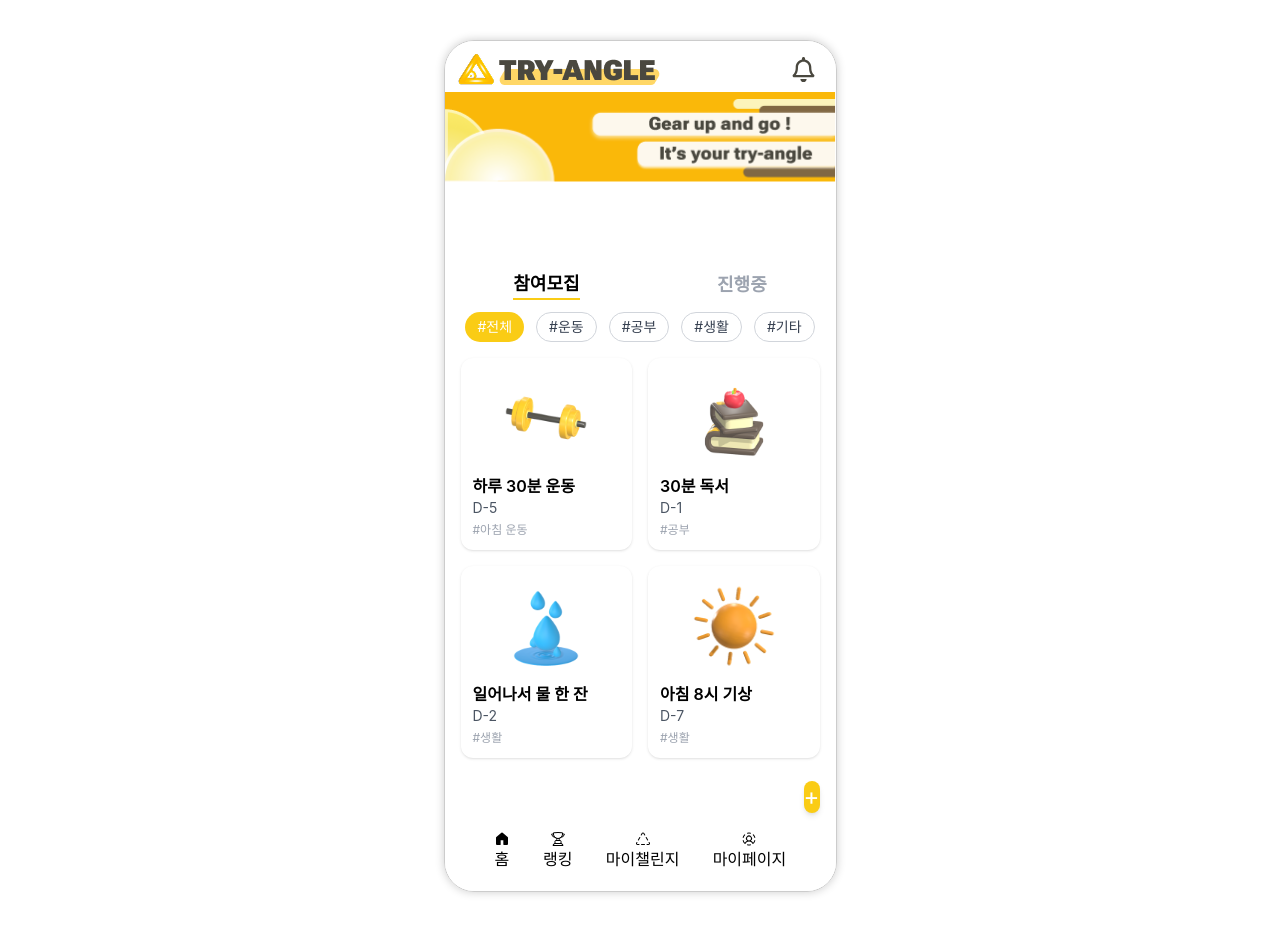
Repository: gusdk19/TryAngle-FE
Page: /
The author's editor kept a copy of each file at every save. The page is drawn from the files as they stood at one save, then again after the next save.
The browser window is 1280 px wide. The pictures show the whole page.
The project was rebuilt for these pictures with package versions that can differ from the ones it lists, and the page was loaded fresh each time. Also part of the build but not shown: src/App.css.

Above is the page before, as saved 2025-04-30 23:05:33.

After the next save:
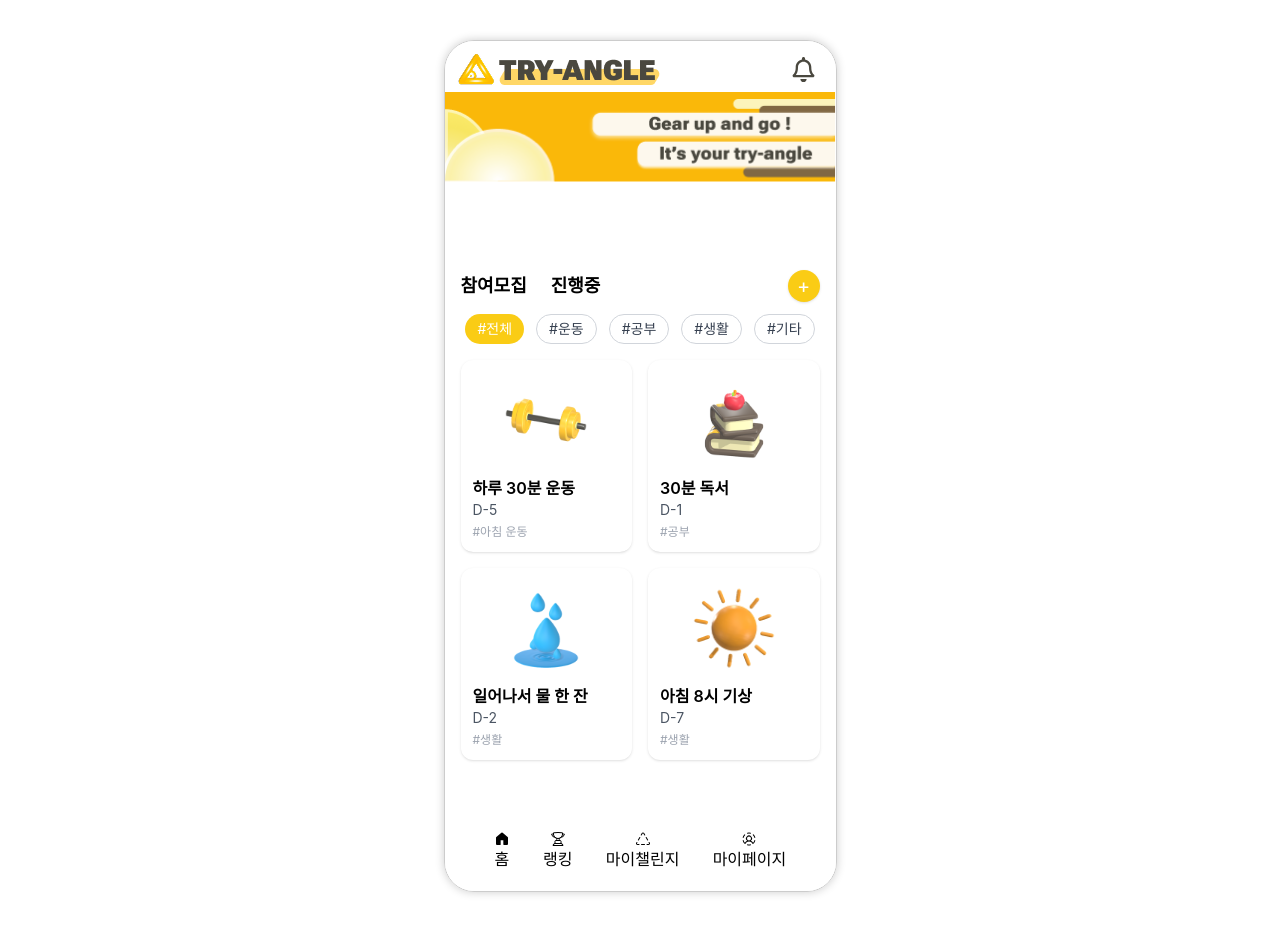
Saved 48 s later.
--- a/src/pages/Home.js
+++ b/src/pages/Home.js
@@ -33,34 +33,19 @@
         {/* 배너 이미지 삽입 (Header 아래에 추가) */}
         <img src={bannerImage} alt="banner" className="w-full" />
 
-        {/* 탭 영역 */}
-        <div className="flex justify-around mt-4">
-          <button
-            className={`text-lg font-semibold ${
-              activeTab === 'participating'
-                ? 'border-b-2 border-yellow-400 text-black'
-                : 'text-gray-400'
-            }`}
-            onClick={() => setActiveTab('participating')}
-          >
-            참여모집
-          </button>
-          <button
-            className={`text-lg font-semibold ${
-              activeTab === 'ongoing'
-                ? 'border-b-2 border-yellow-400 text-black'
-                : 'text-gray-400'
-            }`}
-            onClick={() => setActiveTab('ongoing')}
-          >
-            진행중
-          </button>
-        </div>
-
-        {/* + 버튼 */}
-        <button className="absolute bottom-20 right-4 bg-yellow-400 w-23 h-22 rounded-full text-white text-2xl shadow-md hover:bg-yellow-500 z-20">
-          +
-        </button>
+        {/* 탭 + 버튼 묶기 */}
+<div className="flex justify-between items-center px-4 mt-4">
+  <div className="flex space-x-6">
+    <button className={`text-lg font-semibold ...`}>참여모집</button>
+    <button className={`text-lg font-semibold ...`}>진행중</button>
+  </div>
+  <button
+    className="bg-yellow-400 text-white text-xl w-8 h-8 rounded-full flex items-center justify-center shadow hover:bg-yellow-500"
+    onClick={() => navigate('/challenge/add')}
+  >
+    +
+  </button>
+</div>
 
         {/* 카테고리 */}
         <div className="flex justify-center gap-3 mt-3">

After the 3 saves that followed:
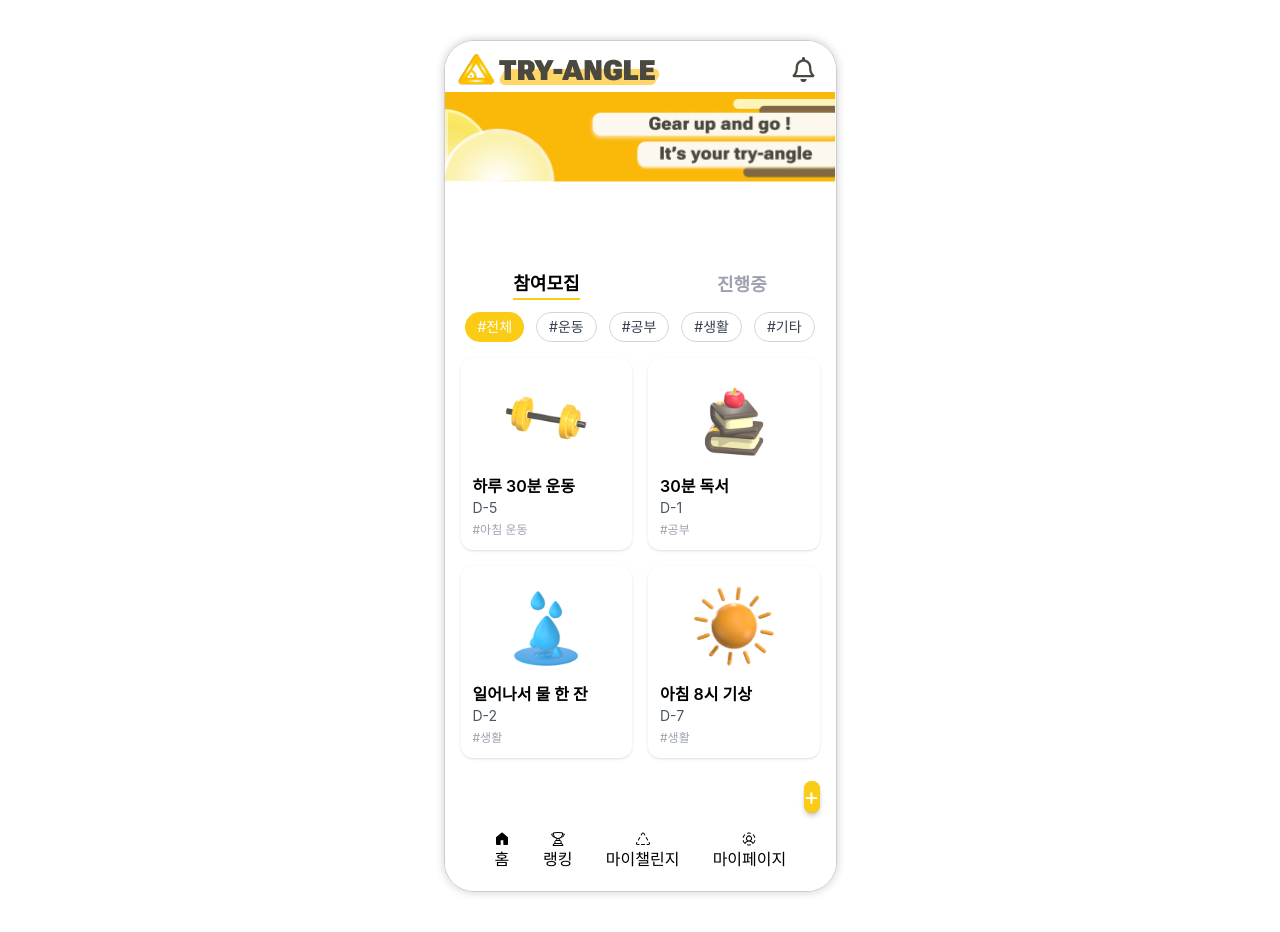
The 3 saves are shown as one change because 2 left the picture as it was.
The last was saved 2 min 14 s later.
--- a/src/pages/Home.js
+++ b/src/pages/Home.js
@@ -33,19 +33,38 @@
         {/* 배너 이미지 삽입 (Header 아래에 추가) */}
         <img src={bannerImage} alt="banner" className="w-full" />
 
-        {/* 탭 + 버튼 묶기 */}
-<div className="flex justify-between items-center px-4 mt-4">
-  <div className="flex space-x-6">
-    <button className={`text-lg font-semibold ...`}>참여모집</button>
-    <button className={`text-lg font-semibold ...`}>진행중</button>
-  </div>
-  <button
-    className="bg-yellow-400 text-white text-xl w-8 h-8 rounded-full flex items-center justify-center shadow hover:bg-yellow-500"
-    onClick={() => navigate('/challenge/add')}
-  >
-    +
-  </button>
-</div>
+        {/* 탭 영역 */}
+        <div className="flex justify-around mt-4">
+          <button
+            className={`text-lg font-semibold ${
+              activeTab === 'participating'
+                ? 'border-b-2 border-yellow-400 text-black'
+                : 'text-gray-400'
+            }`}
+            onClick={() => setActiveTab('participating')}
+          >
+            참여모집
+          </button>
+          <button
+            className={`text-lg font-semibold ${
+              activeTab === 'ongoing'
+                ? 'border-b-2 border-yellow-400 text-black'
+                : 'text-gray-400'
+            }`}
+            onClick={() => setActiveTab('ongoing')}
+          >
+            진행중
+          </button>
+          {/* + 버튼 */}
+            <button className="absolute bottom-20 right-4 bg-yellow-400 w-23 h-22 rounded-full text-white text-2xl shadow-md hover:bg-yellow-500 z-20">
+            +
+            </button>
+        </div>
+
+        {/* + 버튼 */}
+        <button className="absolute bottom-20 right-4 bg-yellow-400 w-23 h-22 rounded-full text-white text-2xl shadow-md hover:bg-yellow-500 z-20">
+          +
+        </button>
 
         {/* 카테고리 */}
         <div className="flex justify-center gap-3 mt-3">
